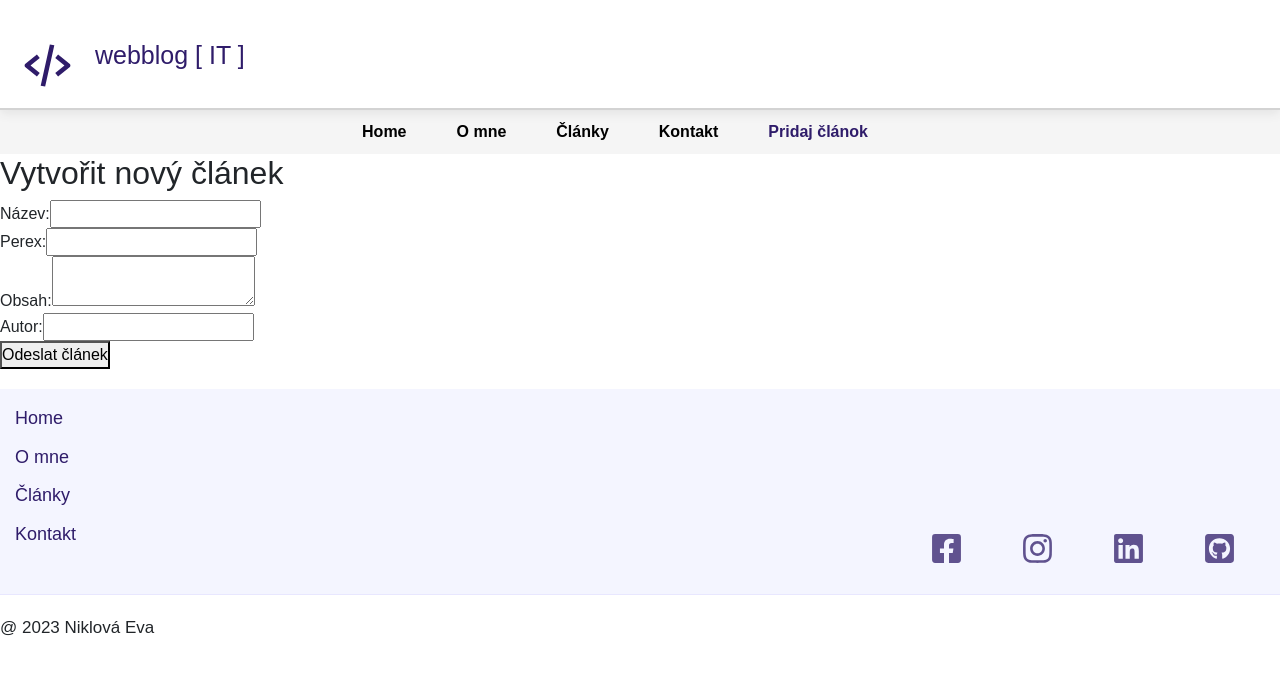
Repository: eniklova/github-bl
Page: /newarticel
The author's editor kept a copy of each file at every save. The page is drawn from the files as they stood at one save, then again after the next save.
The browser window is 1280 px wide. The pictures show the whole page.
Some web fonts or font styles are not loaded; a fallback is used. The project was rebuilt for these pictures with package versions that can differ from the ones it lists, and the page was loaded fresh each time. Also part of the build but not shown: src/components/ArticleList.js, src/components/HeroSlider.css, src/components/HeroSlider.js, src/pages/Home.js, src/pages/Aboutme.js, src/pages/Articles.js, src/pages/Kontakt.js, src/pages/Error.js.

Above is the page before, as saved 2023-10-23 11:46:10.

After the next save:
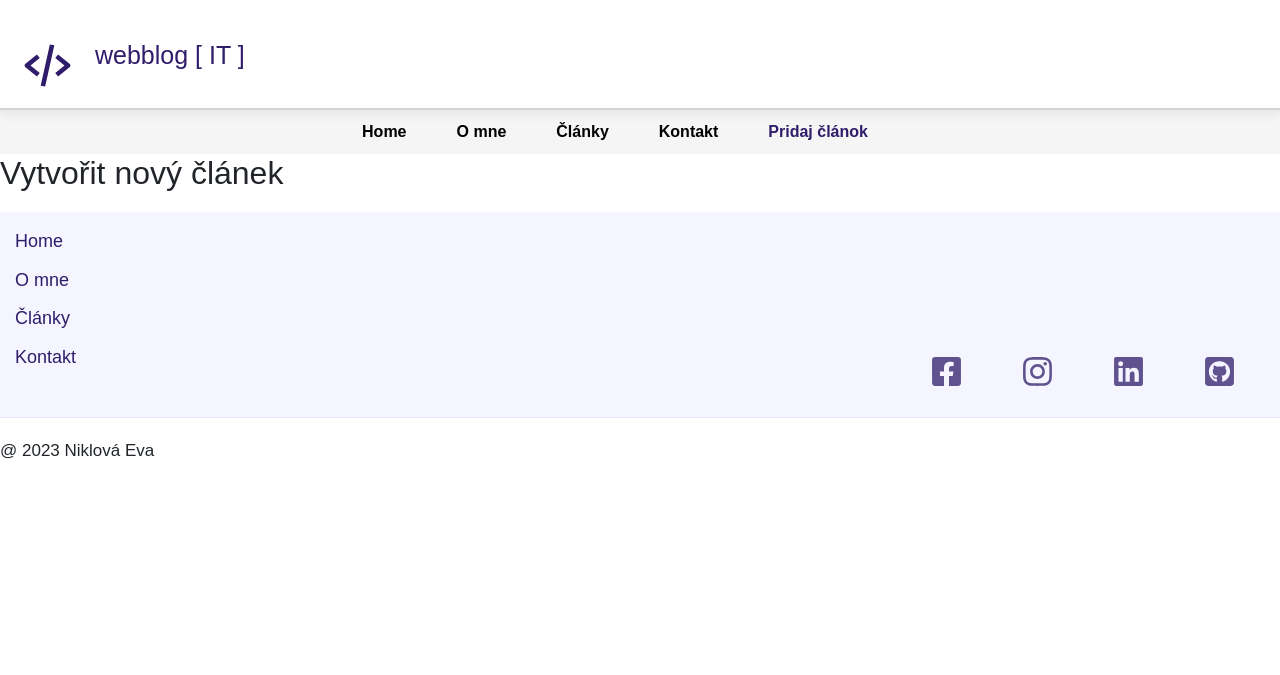
Saved 5 min 39 s later.
--- a/src/components/ArticleForm.js
+++ b/src/components/ArticleForm.js
@@ -1,5 +1,5 @@
 import React, { useState } from "react";
-import { createArticle } from "../services/api";
+import { createArticle, updateArticleCategory } from "../services/api"; // Importujte aj funkciu na aktualizáciu kategórie
 
 function ArticleForm() {
   const initialFormData = {
@@ -30,7 +30,13 @@
 
     if (Object.keys(errors).length === 0) {
       try {
-        await createArticle(formData);
+        // Vytváranie nového článku
+        const createdArticle = await createArticle(formData);
+
+        // Aktualizovanie kategórie článku pomocou aktualizačnej funkcie
+        const categoryIds = [1, 2, 3]; // Aktualizujte podľa vašich potrieb
+        await updateArticleCategory(createdArticle.id, categoryIds);
+
         setSubmitMessage("Článok bol úspešne odoslaný!");
         setValidationErrors({});
         setFormData({ ...initialFormData });
@@ -42,7 +48,7 @@
       // Zobrazenie chybových správ v prípade neplatných dát
       setValidationErrors(errors);
     }
-  };
+  }
 
   const validateFormData = (data) => {
     const errors = {};
@@ -72,59 +78,7 @@
     <div>
       <h2>Vytvořit nový článek</h2>
       <form onSubmit={handleSubmit}>
-        <div>
-          <label htmlFor="title">Název:</label>
-          <input
-            type="text"
-            id="title"
-            name="title"
-            value={formData.title}
-            onChange={handleChange}
-          />
-          {/* Zobrazení chybové zprávy pro název článku */}
-          {validationErrors.title && (
-            <p style={{ color: "red" }}>{validationErrors.title}</p>
-          )}
-        </div>
-        <div>
-          <label htmlFor="perex">Perex:</label>
-          <input
-            type="text"
-            id="perex"
-            name="perex"
-            value={formData.perex}
-            onChange={handleChange}
-          />
-          {/* Zobrazení chybové zprávy pro perex článku */}
-          {validationErrors.perex && (
-            <p style={{ color: "red" }}>{validationErrors.perex}</p>
-          )}
-        </div>
-        <div>
-          <label htmlFor="content">Obsah:</label>
-          <textarea
-            id="content"
-            name="content"
-            value={formData.content}
-            onChange={handleChange}
-          />
-        </div>
-        <div>
-          <label htmlFor="author">Autor:</label>
-          <input
-            type="text"
-            id="author"
-            name="author"
-            value={formData.author}
-            onChange={handleChange}
-          />
-          {/* Zobrazení chybové zprávy pro autora článku */}
-          {validationErrors.author && (
-            <p style={{ color: "red" }}>{validationErrors.author}</p>
-          )}
-        </div>
-
-        <button type="submit">Odeslat článek</button>
+        {/* ... (rovnaký kód na zobrazenie a validáciu) */}
       </form>
 
       {submitMessage && <p>{submitMessage}</p>}

After the save that followed:
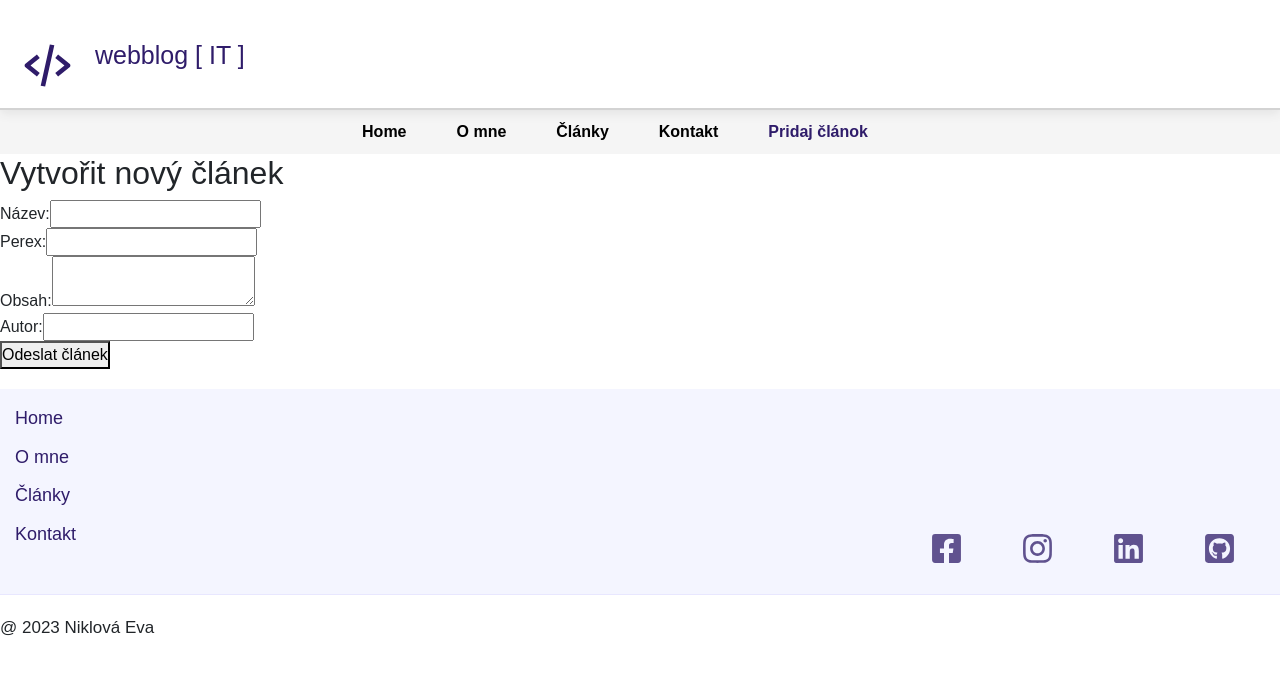
Saved 5 min 25 s later.
--- a/src/components/ArticleForm.js
+++ b/src/components/ArticleForm.js
@@ -1,5 +1,5 @@
 import React, { useState } from "react";
-import { createArticle, updateArticleCategory } from "../services/api"; // Importujte aj funkciu na aktualizáciu kategórie
+import { createArticle } from "../services/api";
 
 function ArticleForm() {
   const initialFormData = {
@@ -30,13 +30,7 @@
 
     if (Object.keys(errors).length === 0) {
       try {
-        // Vytváranie nového článku
-        const createdArticle = await createArticle(formData);
-
-        // Aktualizovanie kategórie článku pomocou aktualizačnej funkcie
-        const categoryIds = [1, 2, 3]; // Aktualizujte podľa vašich potrieb
-        await updateArticleCategory(createdArticle.id, categoryIds);
-
+        await createArticle(formData);
         setSubmitMessage("Článok bol úspešne odoslaný!");
         setValidationErrors({});
         setFormData({ ...initialFormData });
@@ -48,7 +42,7 @@
       // Zobrazenie chybových správ v prípade neplatných dát
       setValidationErrors(errors);
     }
-  }
+  };
 
   const validateFormData = (data) => {
     const errors = {};
@@ -78,7 +72,59 @@
     <div>
       <h2>Vytvořit nový článek</h2>
       <form onSubmit={handleSubmit}>
-        {/* ... (rovnaký kód na zobrazenie a validáciu) */}
+        <div>
+          <label htmlFor="title">Název:</label>
+          <input
+            type="text"
+            id="title"
+            name="title"
+            value={formData.title}
+            onChange={handleChange}
+          />
+          {/* Zobrazení chybové zprávy pro název článku */}
+          {validationErrors.title && (
+            <p style={{ color: "red" }}>{validationErrors.title}</p>
+          )}
+        </div>
+        <div>
+          <label htmlFor="perex">Perex:</label>
+          <input
+            type="text"
+            id="perex"
+            name="perex"
+            value={formData.perex}
+            onChange={handleChange}
+          />
+          {/* Zobrazení chybové zprávy pro perex článku */}
+          {validationErrors.perex && (
+            <p style={{ color: "red" }}>{validationErrors.perex}</p>
+          )}
+        </div>
+        <div>
+          <label htmlFor="content">Obsah:</label>
+          <textarea
+            id="content"
+            name="content"
+            value={formData.content}
+            onChange={handleChange}
+          />
+        </div>
+        <div>
+          <label htmlFor="author">Autor:</label>
+          <input
+            type="text"
+            id="author"
+            name="author"
+            value={formData.author}
+            onChange={handleChange}
+          />
+          {/* Zobrazení chybové zprávy pro autora článku */}
+          {validationErrors.author && (
+            <p style={{ color: "red" }}>{validationErrors.author}</p>
+          )}
+        </div>
+
+        <button type="submit">Odeslat článek</button>
       </form>
 
       {submitMessage && <p>{submitMessage}</p>}
